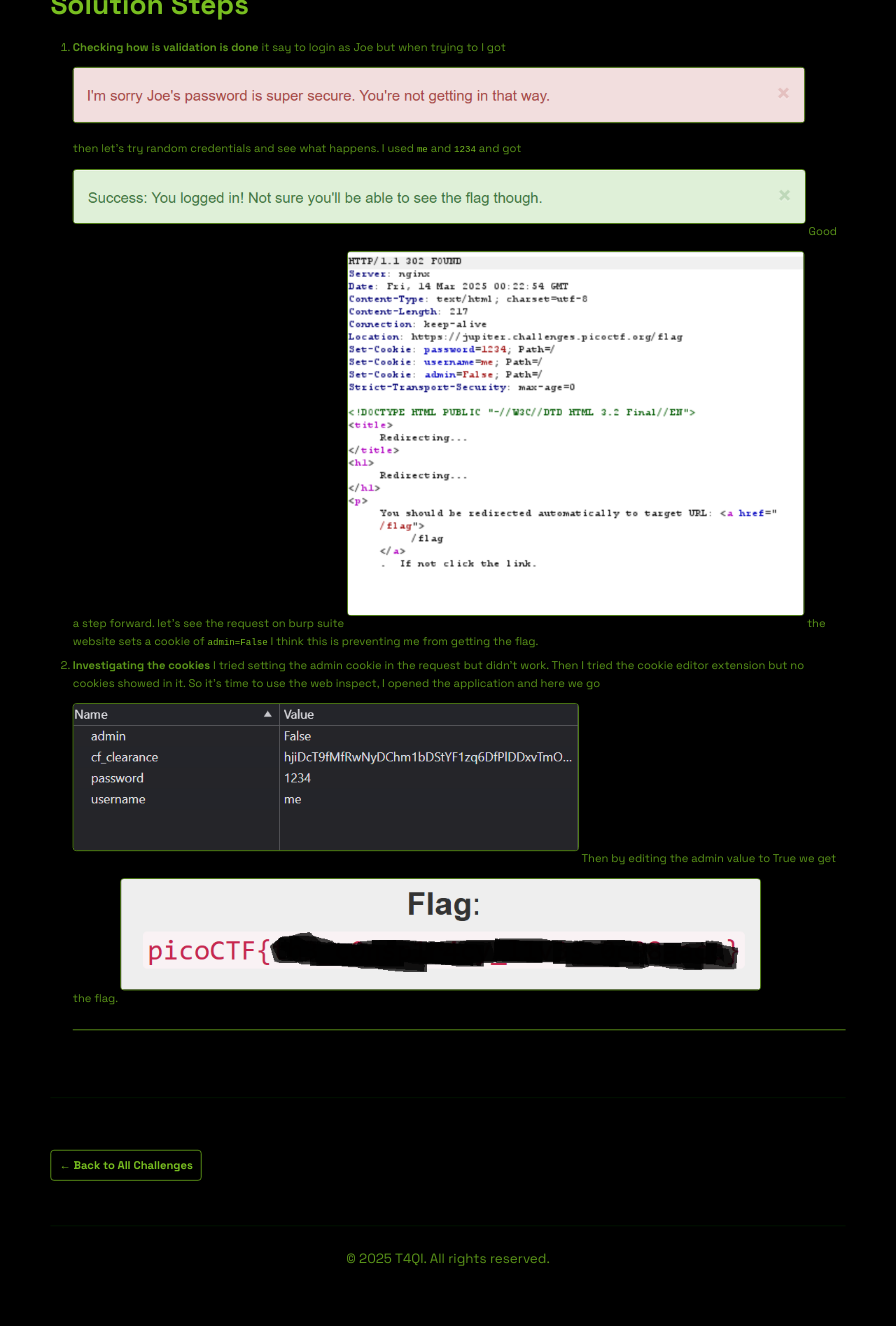
Repository: mohamedsoliman-tq/Website
Page: blogs/picoCTF/logon.html
An editor plug-in stored every save of this project. The page is shown before and after a run of saves, followed by the edit.
The browser window is 1280 px wide. The pictures show the part of the page from y = 1564 to 3484 px (the page is 3458 px tall before and 3484 px after), at 70% of full size.

Above is the page before, as saved 2025-03-14 03:04:25.

### blogs/picoCTF/logon.html
<!DOCTYPE html>
<html>

<head>
    <meta charset="UTF-8">
    <meta name="viewport" content="width=device-width, initial-scale=1.0">
    <title>Logon</title>
    <link rel="stylesheet" href="/css/blog.css">
</head>

<body>
    <nav>
        <ul>
            <li><a href="/">Home</a></li>
            <li><a href="/Projects.html">Projects</a></li>
            <li><a href="/Blogs.html">Blog</a></li>
        </ul>
    </nav>
    <div class="container">
        <div class="section" id="12---logon---security-challenge-write-up">
            <h1>12 - logon - Security Challenge Write-Up</h1>

            <p><strong>Date:</strong> 14/03/2025 </p>
            <p><strong>Challenge Category:</strong> #Web-Security </p>
            <p>Platform: #picoCTF </p>
            <p><strong>Difficulty:</strong> #Easy </p>
            <p><strong>Status:</strong> #Solved </p>

            <hr>
        </div>
        <div class="section" id="problem-description">
            <h2>Problem Description</h2>

            <p>*The factory is hiding things from all of its users. Can you login as Joe and find what they've been
                looking at? <code>https://jupiter.challenges.picoctf.org/problem/44573/</code> (<a
                    href="https://jupiter.challenges.picoctf.org/problem/44573/" class="read-more">link</a>) or
                http://jupiter.challenges.picoctf.org:44573</p>

            <p>- <strong>Target:</strong> https://jupiter.challenges.picoctf.org/problem/44573/</p>
            <p>- <strong>Goal:</strong> extract a flag</p>
            <p>- <strong>Initial Observations:</strong> Nothing interesting</p>
            <hr>

        </div>
        <div class="section" id="tools-used">
            <h2>Tools Used</h2>

            <p>- Web Inspect</p>

            <hr>

        </div>
        <div class="section" id="solution-steps">
            <h2>Solution Steps</h2>


            <ol>
                <li><strong>Checking how is validation is done</strong> it say to login as Joe but when trying to I got
                    <br><img src="pics/Pasted image 20250314021830.png" alt="Pasted image 20250314021830.png"><br> then
                    let's try random credentials and see what happens. I used <code>me</code> and <code>1234</code> and
                    got <img src="pics/Pasted image 20250314022019.png" alt="Pasted image 20250314022019.png"> Good a
                    step forward. let's see the request on burp suite <img src="pics/Pasted image 20250314022203.png"
                        alt="Pasted image 20250314022203.png"> the website sets a cookie of <code>admin=False</code> I
                    think this is preventing me from getting the flag. </li>
                <li><strong>Investigating the cookies</strong> I tried setting the admin cookie in the request but
                    didn't work. Then I tried the cookie editor extension but no cookies showed in it. So it's time to
                    use the web inspect, I opened the application and here we go <img
                        src="pics/Pasted image 20250314022639.png" alt="Pasted image 20250314022639.png"> Then by
                    editing the admin value to True we get the flag. <img src="pics/Pasted image 20250314022828.png"
                        alt="Pasted image 20250314022828.png">
                    <hr>
                </li>
            </ol>
        </div>
        <div class="section">
            <a href="/blogs/picoCTF/picoCTF.html" class="read-more">← Back to All Challenges</a>
        </div>
        <footer>
            <p>&copy; 2025 T4QI. All rights reserved.</p>
        </footer>
    </div>
</body>

</html>

### css/blog.css
@import url('https://fonts.googleapis.com/css2?family=Space+Grotesk:wght@300;400;700&display=swap');

    :root {
        --primary-black: #000000;
        --green-accent: #78BE20;
        --dark-green: #5a9419;
    }

    * {
        margin: 0;
        padding: 0;
        box-sizing: border-box;
        font-family: 'Space Grotesk', sans-serif;
    }

    body {
        background-color: var(--primary-black);
        color: var(--green-accent);
        line-height: 1.6;
    }

    .container {
        max-width: 1200px;
        margin: 0 auto;
        padding: 2rem;
    }

    .section {
        padding: 4rem 0;
        border-bottom: 1px solid #001a00;
    }

    /* Navigation Styles */
    nav {
        background: rgba(0, 0, 0, 0.95);
        padding: 1rem;
        position: sticky;
        top: 0;
        border-bottom: 2px solid var(--green-accent);
        z-index: 100;
    }

    nav ul {
        display: flex;
        justify-content: space-around;
        list-style: none;
    }

    nav a {
        color: var(--green-accent);
        text-decoration: none;
        padding: 0.5rem 1rem;
        transition: all 0.3s;
    }

    nav a:hover {
        color: var(--dark-green);
        text-shadow: 0 0 10px var(--green-accent);
    }

    /* Hero Section Styles */
    .hero {
        text-align: center;
        padding: 4rem 0;
        background: linear-gradient(45deg, var(--primary-black), #001100);
    }

    h1, h2, h3, h4, h5, h6 {
        color: var(--green-accent);
        margin-bottom: 1rem;
    }

    h1 {
        font-size: 3.5rem;
        text-shadow: 0 0 15px var(--green-accent);
    }

    h2 {
        font-size: 2.5rem;
    }

    p {
        color: var(--dark-green);
        font-size: 1.2rem;
        margin-bottom: 1rem;
    }

    /* Code blocks */
    pre {
        background: #000a00;
        padding: 1.5rem;
        border-radius: 5px;
        border: 1px solid var(--green-accent);
        overflow-x: auto;
        margin: 1.5rem 0;
    }

    code {
        font-family: monospace;
        color: var(--green-accent);
    }

    /* List styling */
    ul, ol {
        margin-left: 2rem;
        margin-bottom: 1.5rem;
        color: var(--dark-green);
    }

    li {
        margin-bottom: 0.5rem;
    }

    /* Links */
    a {
        color: var(--green-accent);
        text-decoration: none;
        transition: all 0.3s;
    }

    a:hover {
        color: var(--dark-green);
        text-shadow: 0 0 10px var(--green-accent);
    }

    .read-more {
        display: inline-block;
        margin-top: 10px;
        padding: 8px 12px;
        font-size: 1rem;
        font-weight: bold;
        color: var(--green-accent);
        text-decoration: none;
        border: 1px solid var(--green-accent);
        border-radius: 5px;
        transition: all 0.3s ease;
    }

    .read-more:hover {
        background-color: var(--green-accent);
        color: var(--primary-black);
        box-shadow: 0 0 10px var(--green-accent);
    }

    /* Images */
    img {
        max-width: 100%;
        border: 1px solid var(--green-accent);
        border-radius: 5px;
        margin: 1rem 0;
    }

    /* Horizontal rule */
    hr {
        border: none;
        height: 1px;
        background-color: var(--green-accent);
        margin: 2rem 0;
    }

    /* Responsive adjustments */
    @media (max-width: 768px) {
        h1 {
            font-size: 2.5rem;
        }

        .container {
            padding: 1rem;
        }

        .section {
            padding: 2rem 0;
        }
    }

    footer {
        text-align: center;
        padding: 2rem;
        color: var(--green-accent);
    }
    .callout {
        padding: 1rem;
        margin: 1rem 0;
        border-radius: 5px;
        border-left: 4px solid #4b6bfb;
        background-color: rgba(75, 107, 251, 0.1);
    }
    .callout-title {
        font-weight: bold;
        margin-bottom: 0.5rem;
    }
    .callout-note { border-left-color: #4b6bfb; background-color: rgba(75, 107, 251, 0.1); }
    .callout-info { border-left-color: #0288d1; background-color: rgba(2, 136, 209, 0.1); }
    .callout-warning { border-left-color: #ffa726; background-color: rgba(255, 167, 38, 0.1); }
    .callout-danger { border-left-color: #ef5350; background-color: rgba(239, 83, 80, 0.1); }
    .callout-success { border-left-color: #66bb6a; background-color: rgba(102, 187, 106, 0.1); }
    .internal-link { color: #7c3aed; text-decoration: none; border-bottom: 1px dotted; }
    .internal-link:hover { text-decoration: underline; }
    mark { background-color: #fff176; padding: 0 2px; }
    .markdown-image { max-width: 100%; height: auto; display: block; margin: 1rem 0; }

After the next 8 saves:
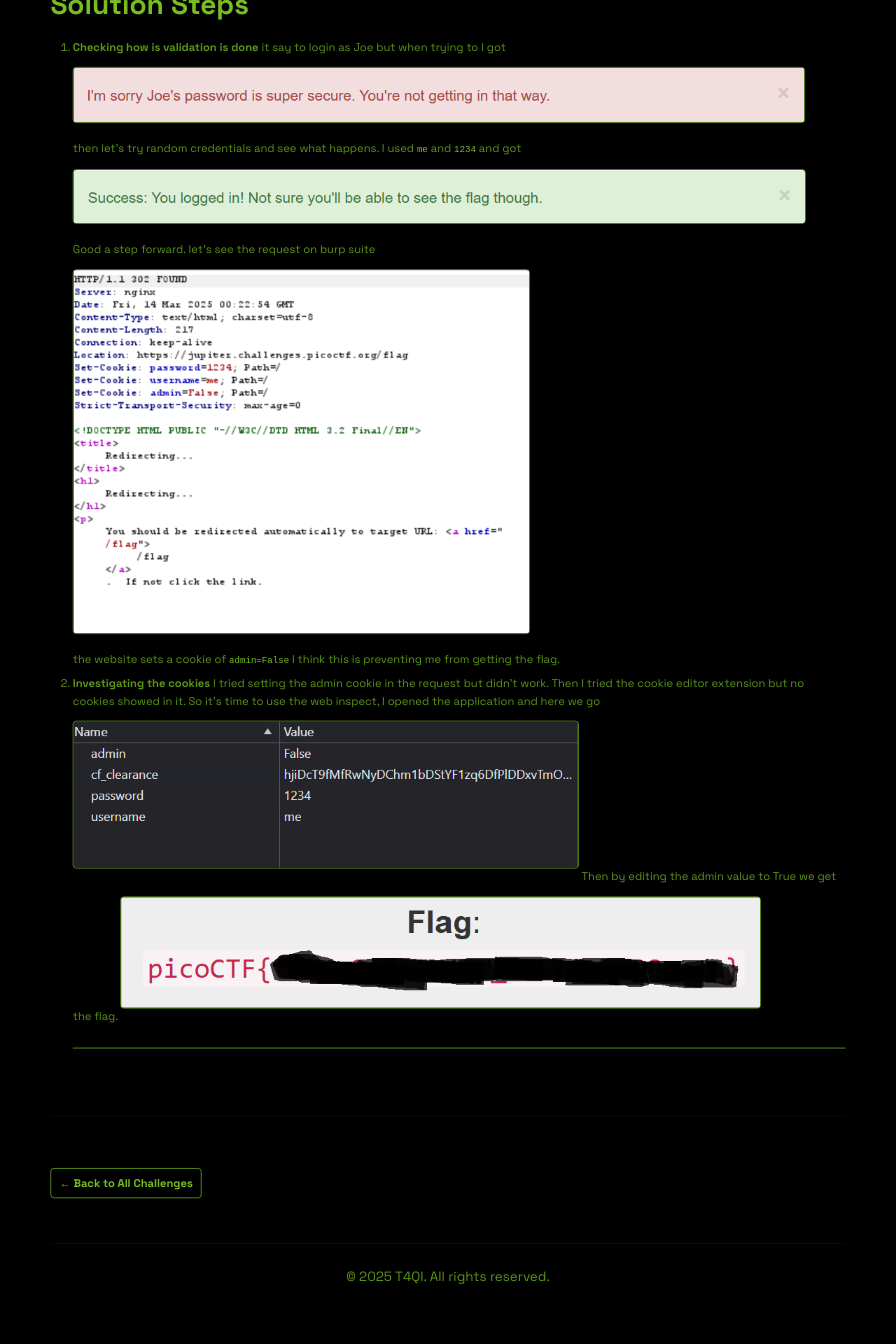
The 8 saves are shown as one change because they came seconds apart.
The last was saved 20 s later.
--- a/blogs/picoCTF/logon.html
+++ b/blogs/picoCTF/logon.html
@@ -58,9 +58,9 @@
                 <li><strong>Checking how is validation is done</strong> it say to login as Joe but when trying to I got
                     <br><img src="pics/Pasted image 20250314021830.png" alt="Pasted image 20250314021830.png"><br> then
                     let's try random credentials and see what happens. I used <code>me</code> and <code>1234</code> and
-                    got <img src="pics/Pasted image 20250314022019.png" alt="Pasted image 20250314022019.png"> Good a
-                    step forward. let's see the request on burp suite <img src="pics/Pasted image 20250314022203.png"
-                        alt="Pasted image 20250314022203.png"> the website sets a cookie of <code>admin=False</code> I
+                    got <br><img src="pics/Pasted image 20250314022019.png" alt="Pasted image 20250314022019.png"><br> Good a
+                    step forward. let's see the request on burp suite <br><img src="pics/Pasted image 20250314022203.png"
+                        alt="Pasted image 20250314022203.png"><br> the website sets a cookie of <code>admin=False</code> I
                     think this is preventing me from getting the flag. </li>
                 <li><strong>Investigating the cookies</strong> I tried setting the admin cookie in the request but
                     didn't work. Then I tried the cookie editor extension but no cookies showed in it. So it's time to
